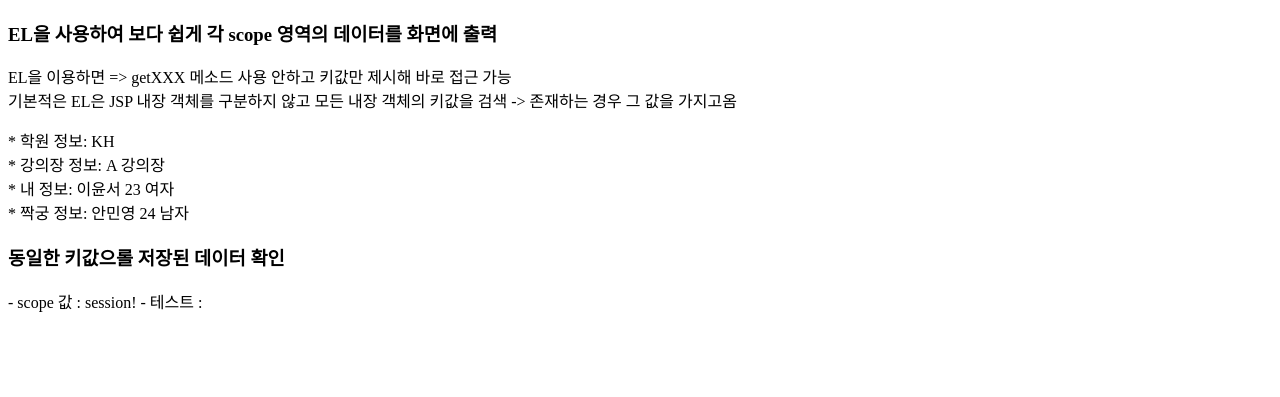
Repository: yoonseo0832/workspace
Page: http://localhost/2_jsp/el.do
These files come from the project's save history. The page is drawn as it stood at one moment and after the next save; the edit follows.
The browser window is 1280 px wide. The pictures show the whole page.
The page is served by Tomcat 9.

Above is the page before, as saved 2025-03-20 03:38:16.

### 05_server/2_jsp/src/main/webapp/views/2_EL/1_el.jsp
<%@ page language="java" contentType="text/html; charset=UTF-8"
    pageEncoding="UTF-8"%>
<%@ page import="model.vo.Student" %> <!-- 여러 개는 ,로 구분 -->
<!DOCTYPE html>
<html>
<head>
<meta charset="UTF-8">
<title>EL 기본 문법</title>
</head>
<body>
	<%--
	<h3>기존 방식(스크립틀릿, 표현식)으로 각 영역의 scope의 데이터를 화면에 출력</h3>
	<%
		//request scope의 데이터를 가져오기
		String classroom = (String)request.getAttribute("classroom");
		Student student = (Student)request.getAttribute("student");

		// session scope 의 데이터 가져오기
		String academy = (String)session.getAttribute("academy");
		Student std2 = (Student)session.getAttribute("student2");
	%>

	<p>
		* 학원 정보: <%=academy %><br>
		* 강의장 정보:  <%=classroom %><br>
		* 내 정보: <%=std2.getName() %>, <%=std2.getAge() %>, <%=std2.getGender() %><br>
		* 짝궁 정보: <%=student %><br>
	</p>
	--%>
	<h3>EL을 사용하여 보다 쉽게 각 scope 영역의 데이터를 화면에 출력</h3>
	<p>
		EL을 이용하면 => getXXX 메소드 사용 안하고 키값만 제시해 바로 접근 가능<br>
		기본적은 EL은 JSP 내장 객체를 구분하지 않고 모든 내장 객체의 키값을 검색 -> 존재하는 경우 그 값을 가지고옴
	</p>
	<p>
		* 학원 정보: ${ academy }<br>
		* 강의장 정보:  ${ classroom }<br>
		* 내 정보:	${ student2.name } ${ student2.age } ${ student2.gender }<br>
		* 짝궁 정보:	${ student.name } ${ student.age } ${ student.gender }
	</p>
	<h3>동일한 키값으롤 저장된 데이터 확인</h3>
	- scope 값 : ${scope}
	<!--
		EL 에서는 동일한 키값으로 저장된 데이터가 있는 경우
			- 공유 범위가 가장 작은 scope부터 검색 을 함
			page > request > session > application 순서대로 검색함
	 -->
	 - 테스트 : ${test }
	 <!-- 키값이 해당하는 값이 없을 경우 빈 값으로 표시됨 -->
</body>
</html>

### 05_server/2_jsp/src/main/java/controller/ELServlet.java
package controller;

import java.io.IOException;

import javax.servlet.ServletContext;
import javax.servlet.ServletException;
import javax.servlet.annotation.WebServlet;
import javax.servlet.http.HttpServlet;
import javax.servlet.http.HttpServletRequest;
import javax.servlet.http.HttpServletResponse;
import javax.servlet.http.HttpSession;

import model.vo.Student;

/**
 * Servlet implementation class ELServlet
 */
@WebServlet("/el.do")
public class ELServlet extends HttpServlet {
	private static final long serialVersionUID = 1L;

    /**
     * @see HttpServlet#HttpServlet()
     */
    public ELServlet() {
        super();
        // TODO Auto-generated constructor stub
    }

	/**
	 * @see HttpServlet#doGet(HttpServletRequest request, HttpServletResponse response)
	 */
	protected void doGet(HttpServletRequest request, HttpServletResponse response) throws ServletException, IOException {
		// TODO Auto-generated method stub
		/*
		 * JSP 내장 객체 종류
		 * => 데이터를 담을 수 있는 공간
		 *
		 * 1)  ServletContext (application scope)
		 * 		: 한 어플리케이션 당 1개 존재하는 객체
		 * 		해당 영역에 데이터를 담을 경우 어플리케이션 전역에서 사용 가능
		 * 2) HttpSession (session scope)
		 * 		: 한 브라우저 당 1개 존재하는 객체
		 * 		해당 영역에 데이터를 담을 경우 jsp/servlet 단에서 사용 가능*(공유 가능 범위)
		 * 3) HttpServletRequest (request scope)
		 * 		: 요청마다 매번 생성되는 객체
		 * 		해당 영역에 데이터를 담을 경우 request 객체를 포워딩 받는 응답 jsp에서만 사용 가능
		 * 4) PageContext (page scope)
		 * 		:  jsp 마다 존재하는 객체
		 * 		해당 페이지에서만 사용 가능
		 * ---------------------------------------------------------------------
		 * 위의 4개의 객체들에
		 * 		데이터를 담을 때 xxx.setAttribute("키값", "데이터");
		 * 		데이터를 꺼낼 때 xxx.getAttribute("키값");
		 * 		데이터를 지울 때 xxx.removeAttribute("키값");
		 */

		// request scope 에 데이터 담기
		request.setAttribute("classroom", "A 강의장");
		request.setAttribute("student", new Student("안민영", 24, "남자"));

		//session scope 에 데이터 담기
		HttpSession session = request.getSession();

		session.setAttribute("academy", "KH");

		session.setAttribute("student2", new Student("이윤서", 23, "여자"));

		// request, session scope에 동일한 키값으로 데이터 담기
		request.setAttribute("scope", "request!");
		request.setAttribute("scope", "session!");

		// application scope 에 데이터 담기
		ServletContext application = request.getServletContext();
		application.setAttribute("scope", "application!");

		// jsp 페이지로 응답하기
		request.getRequestDispatcher("/views/2_EL/1_el.jsp").forward(request, response);
	}

	/**
	 * @see HttpServlet#doPost(HttpServletRequest request, HttpServletResponse response)
	 */
	protected void doPost(HttpServletRequest request, HttpServletResponse response) throws ServletException, IOException {
		// TODO Auto-generated method stub
		doGet(request, response);
	}

}

### 05_server/2_jsp/src/main/java/model/vo/Student.java
package model.vo;

public class Student {
	private String name;
	private int age;
	private String gender;

	public Student() {
		super();
	}

	public Student(String name, int age, String gender) {
		this.name = name;
		this.age = age;
		this.gender = gender;
	}

	public String getName() {
		return name;
	}

	public void setName(String name) {
		this.name = name;
	}

	public int getAge() {
		return age;
	}

	public void setAge(int age) {
		this.age = age;
	}

	public String getGender() {
		return gender;
	}

	public void setGender(String gender) {
		this.gender = gender;
	}

	@Override
	public String toString() {
		return "Student [name=" + name + ", age=" + age + ", gender=" + gender + "]";
	}

}

After the next save:
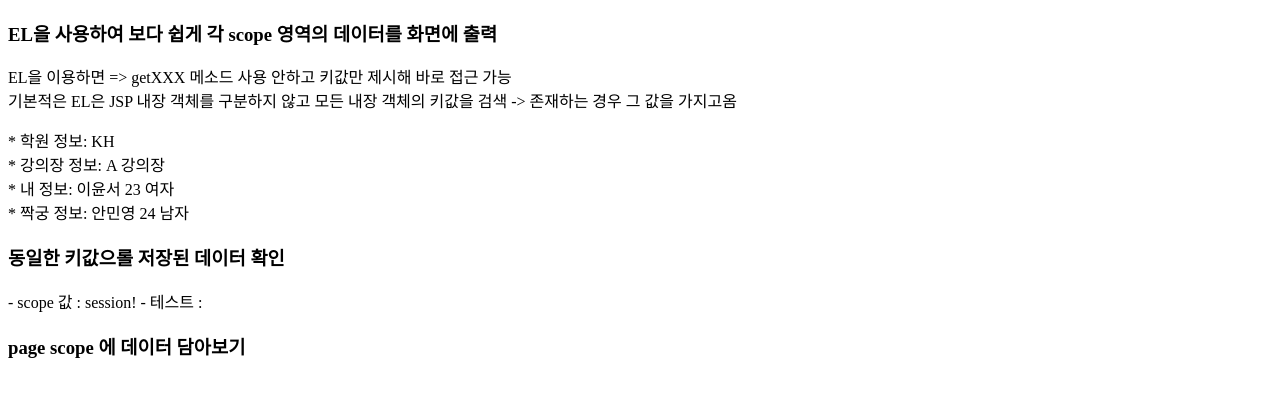
Saved 16 s later.
--- a/05_server/2_jsp/src/main/webapp/views/2_EL/1_el.jsp
+++ b/05_server/2_jsp/src/main/webapp/views/2_EL/1_el.jsp
@@ -47,5 +47,7 @@
 	 -->
 	 - 테스트 : ${test }
 	 <!-- 키값이 해당하는 값이 없을 경우 빈 값으로 표시됨 -->
+
+	 <h3>page scope 에 데이터 담아보기</h3>
 </body>
 </html>
